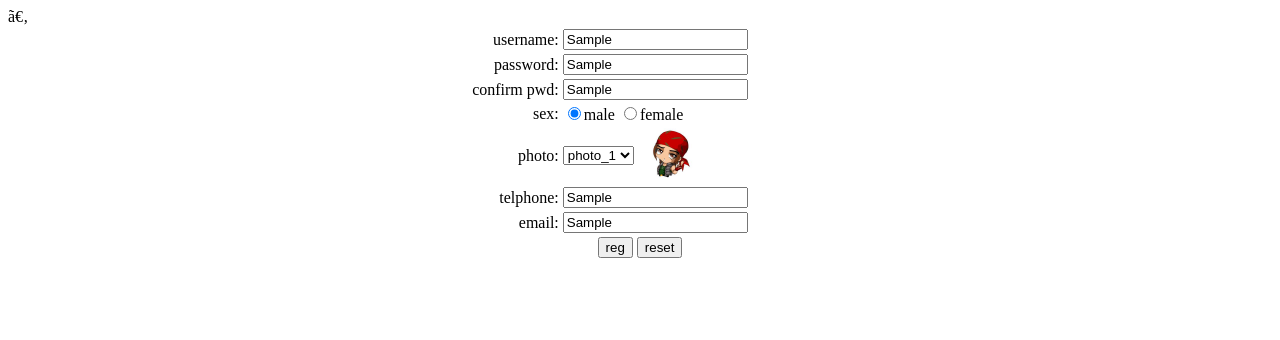
Repository: GetHubByYc/MyEclipse
Page: http://localhost/CheckLogin/reg.jsp
An editor plug-in stored every save of this project. The page is shown before and after the next save, followed by the edit.
The browser window is 1280 px wide. The pictures show the whole page.
Empty fields were first filled with sample values (such as "Sample", 5 or name@example.com).
After loading, the first visible `#repwd` was changed once.
The page is served by Tomcat 9. Nobody is signed in. The application's start-up code is not run.

Above is the page before, as saved 2015-11-14 03:10:42.
Console error: ReferenceError: value is not defined

After the next save:
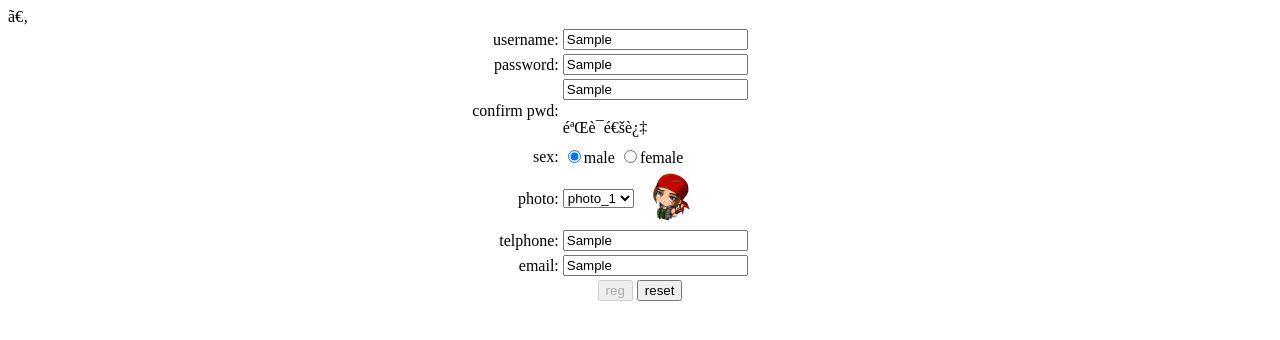
The error is gone.
Saved 19 s later.
--- a/CheckLogin/WebRoot/reg.jsp
+++ b/CheckLogin/WebRoot/reg.jsp
@@ -25,7 +25,7 @@
 		var repwd = document.getElementById("repwd");
 		var cp = document.getElementById("checkPwd");
 		var sb = document.getElementById("sb");
-		if(pwd.value != repwd!=value){
+		if(pwd.value != repwd.value){
 			cp.innerHTML="两次的密码不一样";
 			sb.setAttribute('disabled', disabled)
 
